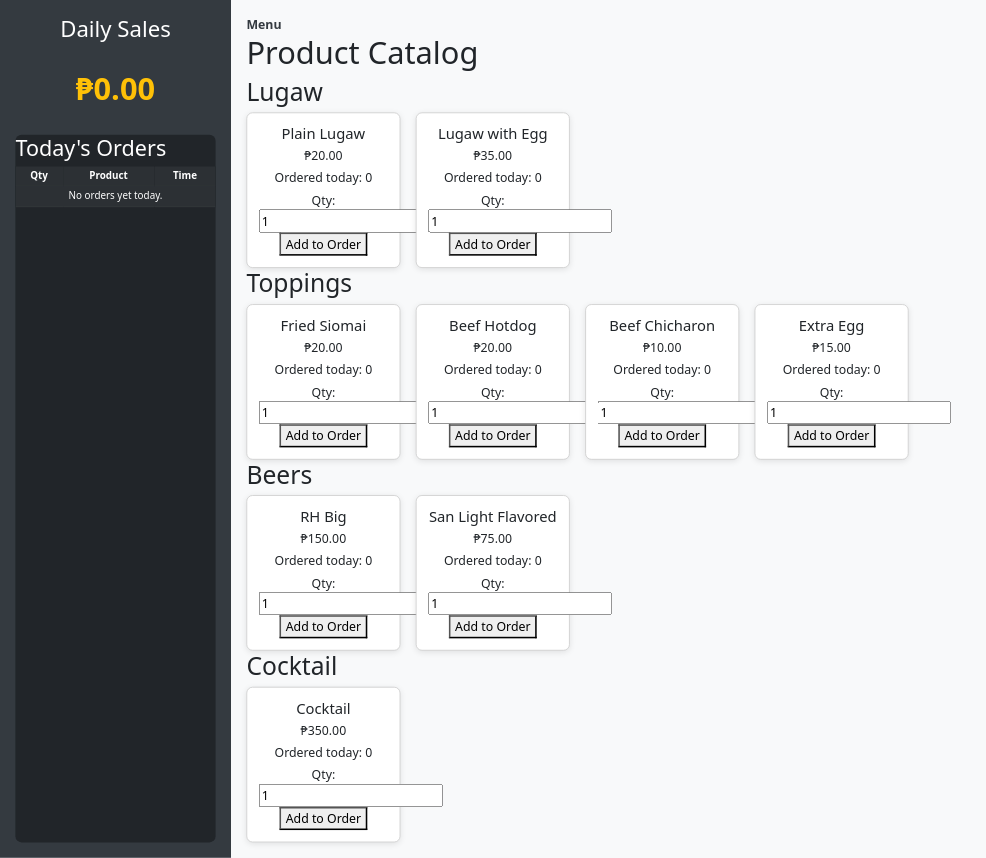
Repository: Jijiluzana225/lugawan_pitlane
Page: http://localhost/catalog/
The author's editor kept a copy of each file at every save. The page is drawn from the files as they stood at one save, then again after the next save.
The browser window is 1280 px wide. The pictures show the whole page, at 77% of full size.
The page is served by the project's application, run on Django 5.2 (manage.py). Other server files are loaded and not shown. The page reads the database file committed with the project.

Above is the page before, as saved 2025-03-06 09:49:13.

### pos/templates/pos/catalog.html
{% extends 'pos/base.html' %}

{% block title %}Product Catalog - Lugaw Cafe{% endblock %}

{% block content %}
<h1>Product Catalog</h1>
{% for category in categories %}
    <h2>{{ category.name }}</h2>
    <div class="catalog">
        {% for product in category.product_set.all %}
            <div class="product">
                <h3>{{ product.name }}</h3>
                <p>₱{{ product.price }}</p>

                <!-- Running total ordered today -->
                {% with total_ordered=product.total_ordered_today %}
                    <p>Ordered today: {{ total_ordered|default:0 }}</p>
                {% endwith %}

                {% if product.available %}
                    <form action="{% url 'add_to_order' %}" method="post">
                        {% csrf_token %}
                        <input type="hidden" name="product_id" value="{{ product.id }}">
                        <label for="qty_{{ product.id }}">Qty:</label>
                        <input type="number" name="quantity" id="qty_{{ product.id }}" value="1" min="1" required>
                        <button type="submit">Add to Order</button>
                    </form>
                {% else %}
                    <p style="color: red;">Out of Stock</p>
                {% endif %}
            </div>
        {% empty %}
            <p>No products available in this category.</p>
        {% endfor %}
    </div>
{% empty %}
    <p>No categories available.</p>
{% endfor %}
{% endblock %}

### pos/templates/pos/base.html
<!DOCTYPE html>
<html lang="en">
<head>
    <meta charset="UTF-8">
    <meta name="viewport" content="width=device-width, initial-scale=1.0">
    <title>{% block title %}Lugaw Cafe POS{% endblock %}</title>

    <!-- Bootstrap CSS -->
    <link href="https://cdnjs.cloudflare.com/ajax/libs/bootstrap/5.3.0/css/bootstrap.min.css" rel="stylesheet">

    <style>
        body {
            display: flex;
            min-height: 100vh;
            background-color: #f8f9fa;
        }

        .sidebar {
            width: 300px;
            background: #343a40;
            color: #fff;
            padding: 20px;
            display: flex;
            flex-direction: column;
        }

        .sidebar h2 {
            font-size: 1.8rem;
            text-align: center;
            margin-bottom: 30px;
        }

        .total-orders {
            font-size: 2.5rem;
            font-weight: bold;
            color: #ffc107;
            text-align: center;
        }

        .orders-table {
            margin-top: 30px;
            background: #212529;
            border-radius: 8px;
            padding: 0;
            overflow: hidden;
            display: flex;
            flex-direction: column;
            flex-grow: 1;
            min-height: 0; /* Helps flexbox handle scrolling */
        }

        .scrollable-table {
            overflow-y: auto;
            flex-grow: 1;
            max-height: calc(100vh - 250px); /* Full screen height minus sidebar and padding */
            margin-bottom: 20px; /* Always leaves a 20px gap at the bottom */
        }

        .scrollable-table table {
            width: 100%;
            font-size: 0.8rem;
        }

        .scrollable-table th, .scrollable-table td {
            text-align: center;
            padding: 3px;
        }





        .main-content {
            flex: 1;
            padding: 20px;
        }

        .catalog {
            display: flex;
            flex-wrap: wrap;
            gap: 20px;
            justify-content: flex-start;
        }

        .product {
            border: 1px solid #ccc;
            padding: 15px;
            width: 200px;
            text-align: center;
            background-color: #ffffff;
            border-radius: 8px;
            box-shadow: 0 2px 8px rgba(0, 0, 0, 0.1);
            transition: transform 0.2s ease-in-out;
        }

        .product:hover {
            transform: scale(1.05);
        }

        .product h3 {
            margin: 0;
            font-size: 1.2rem;
            color: #212529;
        }

        .product p {
            margin: 5px 0;
        }

        .btn-add {
            background-color: #28a745;
            color: white;
            border: none;
            padding: 8px 12px;
            border-radius: 5px;
            transition: background-color 0.2s ease-in-out;
        }

        .btn-add:hover {
            background-color: #218838;
        }

        nav a {
            margin-right: 15px;
            text-decoration: none;
            color: #343a40;
            font-weight: bold;
        }
    </style>
</head>
<body>

    <!-- Sidebar with total orders and order table -->
    <div class="sidebar">
        <h2>Daily Sales</h2>
        <div class="total-orders">
            ₱{{ total_sales|default:"0.00" }}
        </div>

        <div class="orders-table">
            <h3 class="sticky-header">Today's Orders</h3>

            <div class="scrollable-table">
                <table class="table table-dark table-striped">

                        <tr>
                            <th>Qty</th>
                            <th>Product</th>
                            <th>Time</th>
                        </tr>
                    </thead>
                    <tbody>
                        {% for order in todays_orders %}
                            <tr>
                                <td>{{ order.quantity }}</td>
                                <td>{{ order.product.name }}</td>
                                <td>{{ order.datetimestamp|time:"h:i A" }}</td>
                            </tr>
                        {% empty %}
                            <tr>
                                <td colspan="3">No orders yet today.</td>
                            </tr>
                        {% endfor %}
                    </tbody>
                </table>
            </div>
        </div>

    </div>

    <div class="main-content">
        <nav>
            <a href="{% url 'menu' %}">Menu</a>
        </nav>

        {% block content %}{% endblock %}
    </div>

</body>
</html>

### pos/models.py
from django.db import models
from django.utils.timezone import now

class Category(models.Model):
    name = models.CharField(max_length=100)

    def __str__(self):
        return self.name

from django.db import models
from django.utils.timezone import now

class Category(models.Model):
    name = models.CharField(max_length=100)

    def __str__(self):
        return self.name

class Product(models.Model):
    name = models.CharField(max_length=200)
    category = models.ForeignKey(Category, on_delete=models.CASCADE)
    price = models.DecimalField(max_digits=10, decimal_places=2)
    available = models.BooleanField(default=True)

    def __str__(self):
        return self.name

    @property
    def total_ordered_today(self):
        from django.db.models import Sum
        from datetime import date

        today = date.today()
        total = OrderItem.objects.filter(
            product=self,
            datetimestamp__date=today
        ).aggregate(Sum('quantity'))['quantity__sum']

        return total or 0


class OrderItem(models.Model):
    product = models.ForeignKey(Product, on_delete=models.CASCADE)
    quantity = models.PositiveIntegerField(default=1)
    datetimestamp = models.DateTimeField(default=now)  # New field

    def __str__(self):
        return f"{self.quantity} x {self.product.name} at {self.datetimestamp}"

### pos/views.py
from django.shortcuts import render
from .models import Category, Product




def catalog(request):

    categories = Product.objects.select_related('category').all()

    # Calculate total sales for the day from OrderItem model
    today = date.today()
    total_sales = OrderItem.objects.filter(
        datetimestamp__date=today
    ).annotate(
        total_price=F('product__price') * F('quantity')  # Calculate total price per item
    ).aggregate(
        total=Sum('total_price')
    )['total'] or 0
    categories = Category.objects.prefetch_related('product_set').all()

    todays_orders = OrderItem.objects.filter(
        datetimestamp__date=today
    ).select_related('product').order_by('-datetimestamp')

    return render(request, 'pos/catalog.html', {'categories': categories,'total_sales': total_sales,'todays_orders': todays_orders})


from django.shortcuts import redirect, get_object_or_404
from django.utils.timezone import now
from .models import Product, OrderItem

def add_to_order(request):
    if request.method == 'POST':
        product_id = request.POST.get('product_id')
        quantity = int(request.POST.get('quantity', 1))  # Get quantity, default to 1 if missing
        product = get_object_or_404(Product, id=product_id)

        # Always create a new OrderItem record with the provided quantity
        OrderItem.objects.create(
            product=product,
            quantity=quantity,
            datetimestamp=now()
        )

    return redirect('catalog')


from django.shortcuts import render
from django.db.models import Sum, F
from django.utils.timezone import now
from datetime import date
from .models import Product, OrderItem

def menu(request):
    categories = Product.objects.select_related('category').all()

    # Calculate total sales for the day from OrderItem model
    today = date.today()
    total_sales = OrderItem.objects.filter(
        datetimestamp__date=today
    ).annotate(
        total_price=F('product__price') * F('quantity')  # Calculate total price per item
    ).aggregate(
        total=Sum('total_price')
    )['total'] or 0

    return render(request, 'pos/catalog.html', {
        'categories': categories,
        'total_sales': total_sales
    })

### lugaw_pos/urls.py
from django.contrib import admin
from django.urls import path, include

urlpatterns = [
    path('admin/', admin.site.urls),
    path('', include('pos.urls')),
]

### pos/urls.py
from django.urls import path
from . import views

urlpatterns = [
    path('menu/', views.menu, name='menu'),

    path('catalog/', views.catalog, name='catalog'),  # New catalog page
    path('add-to-order/', views.add_to_order, name='add_to_order'),  # New URL for adding to order

]

### db.sqlite3 (the tables this page reads, as SQL)
CREATE TABLE "pos_category" ("id" integer NOT NULL PRIMARY KEY AUTOINCREMENT, "name" varchar(100) NOT NULL);
INSERT INTO "pos_category" VALUES
(1, 'Lugaw'),
(2, 'Toppings'),
(3, 'Beers'),
(4, 'Cocktail');

CREATE TABLE "pos_orderitem" ("id" integer NOT NULL PRIMARY KEY AUTOINCREMENT, "quantity" integer unsigned NOT NULL CHECK ("quantity" >= 0), "product_id" bigint NOT NULL REFERENCES "pos_product" ("id") DEFERRABLE INITIALLY DEFERRED, "datetimestamp" datetime NOT NULL);
INSERT INTO "pos_orderitem" VALUES
(50, 1, 1, '2025-03-06 01:56:34.121001'),
(51, 1, 6, '2025-03-06 01:56:41.037510'),
(52, 1, 1, '2025-03-06 01:56:57.538878'),
(53, 1, 1, '2025-03-06 01:56:59.174436'),
(54, 1, 1, '2025-03-06 01:57:01.013718'),
(55, 1, 1, '2025-03-06 01:59:52.563631'),
(56, 1, 2, '2025-03-06 02:00:06.551409'),
(57, 1, 2, '2025-03-06 02:00:07.073217'),
(58, 1, 6, '2025-03-06 02:01:38.991734'),
(59, 1, 2, '2025-03-06 02:01:44.300049'),
(60, 1, 2, '2025-03-06 02:01:45.529915'),
(61, 1, 2, '2025-03-06 02:01:45.930399'),
(62, 1, 2, '2025-03-06 02:01:47.716337'),
(63, 1, 4, '2025-03-06 02:01:51.587389'),
(64, 1, 5, '2025-03-06 02:01:56.477001'),
(65, 1, 3, '2025-03-06 02:02:02.440242'),
(66, 1, 2, '2025-03-06 02:13:40.929574'),
(67, 1, 2, '2025-03-06 02:17:50.680794'),
(68, 1, 7, '2025-03-06 02:53:27.259124');

CREATE TABLE "pos_product" ("id" integer NOT NULL PRIMARY KEY AUTOINCREMENT, "name" varchar(200) NOT NULL, "price" decimal NOT NULL, "available" bool NOT NULL, "category_id" bigint NOT NULL REFERENCES "pos_category" ("id") DEFERRABLE INITIALLY DEFERRED);
INSERT INTO "pos_product" VALUES
(1, 'Plain Lugaw', 20, 1, 1),
(2, 'Lugaw with Egg', 35, 1, 1),
(3, 'Fried Siomai', 20, 1, 2),
(4, 'Beef Hotdog', 20, 1, 2),
(5, 'Beef Chicharon', 10, 1, 2),
(6, 'Extra Egg', 15, 1, 2),
(7, 'RH Big', 150, 1, 3),
(8, 'San Light Flavored', 75, 1, 3),
(9, 'Cocktail', 350, 1, 4);

After the next save:
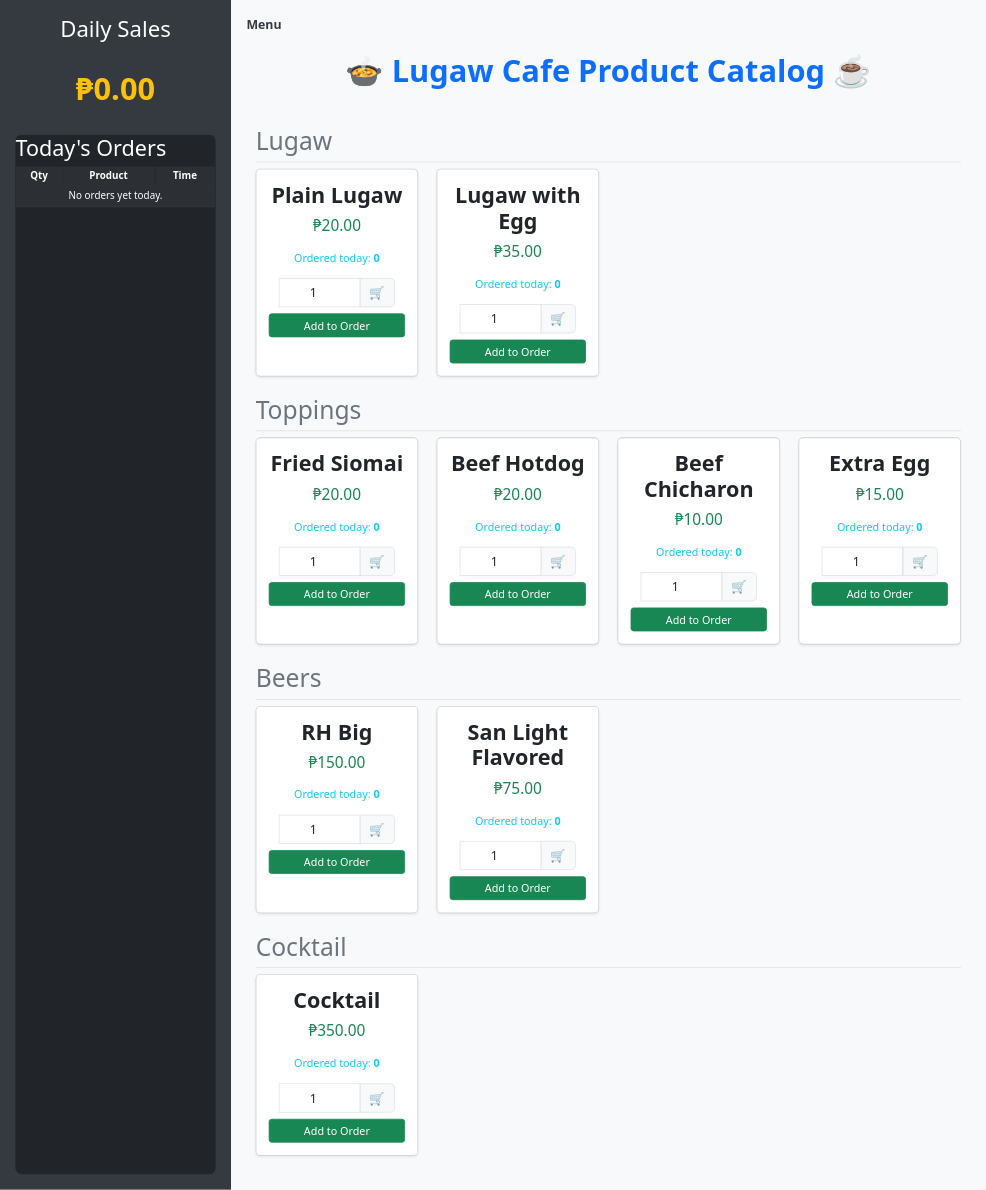
Saved 2 min 32 s later.
--- a/pos/templates/pos/catalog.html
+++ b/pos/templates/pos/catalog.html
@@ -3,37 +3,51 @@
 {% block title %}Product Catalog - Lugaw Cafe{% endblock %}
 
 {% block content %}
-<h1>Product Catalog</h1>
-{% for category in categories %}
-    <h2>{{ category.name }}</h2>
-    <div class="catalog">
-        {% for product in category.product_set.all %}
-            <div class="product">
-                <h3>{{ product.name }}</h3>
-                <p>₱{{ product.price }}</p>
+<div class="container mt-4">
+    <h1 class="text-center mb-5 text-primary fw-bold">🍲 Lugaw Cafe Product Catalog ☕</h1>
 
-                <!-- Running total ordered today -->
-                {% with total_ordered=product.total_ordered_today %}
-                    <p>Ordered today: {{ total_ordered|default:0 }}</p>
-                {% endwith %}
+    {% for category in categories %}
+        <div class="category-section mb-4">
+            <h2 class="text-secondary border-bottom pb-2">{{ category.name }}</h2>
 
-                {% if product.available %}
-                    <form action="{% url 'add_to_order' %}" method="post">
-                        {% csrf_token %}
-                        <input type="hidden" name="product_id" value="{{ product.id }}">
-                        <label for="qty_{{ product.id }}">Qty:</label>
-                        <input type="number" name="quantity" id="qty_{{ product.id }}" value="1" min="1" required>
-                        <button type="submit">Add to Order</button>
-                    </form>
-                {% else %}
-                    <p style="color: red;">Out of Stock</p>
-                {% endif %}
+            <div class="row g-4">
+                {% for product in category.product_set.all %}
+                    <div class="col-md-4 col-lg-3">
+                        <div class="card h-100 shadow-sm">
+                            <div class="card-body text-center">
+                                <h3 class="card-title text-dark fw-bold">{{ product.name }}</h3>
+                                <p class="card-text text-success fs-5">₱{{ product.price }}</p>
+
+                                <!-- Running total ordered today -->
+                                {% with total_ordered=product.total_ordered_today %}
+                                    <p class="text-info small">Ordered today: <strong>{{ total_ordered|default:0 }}</strong></p>
+                                {% endwith %}
+
+                                {% if product.available %}
+                                    <form action="{% url 'add_to_order' %}" method="post" class="d-flex flex-column align-items-center">
+                                        {% csrf_token %}
+                                        <div class="input-group mb-2" style="width: 150px;">
+                                            <input type="hidden" name="product_id" value="{{ product.id }}">
+                                            <input type="number" name="quantity" id="qty_{{ product.id }}" value="1" min="1" class="form-control text-center" required>
+                                            <span class="input-group-text">🛒</span>
+                                        </div>
+                                        <button type="submit" class="btn btn-success btn-sm w-100">
+                                            Add to Order
+                                        </button>
+                                    </form>
+                                {% else %}
+                                    <p class="text-danger fw-bold">🚫 Out of Stock</p>
+                                {% endif %}
+                            </div>
+                        </div>
+                    </div>
+                {% empty %}
+                    <p class="text-muted">No products available in this category.</p>
+                {% endfor %}
             </div>
-        {% empty %}
-            <p>No products available in this category.</p>
-        {% endfor %}
-    </div>
-{% empty %}
-    <p>No categories available.</p>
-{% endfor %}
+        </div>
+    {% empty %}
+        <p class="text-muted text-center">No categories available.</p>
+    {% endfor %}
+</div>
 {% endblock %}
